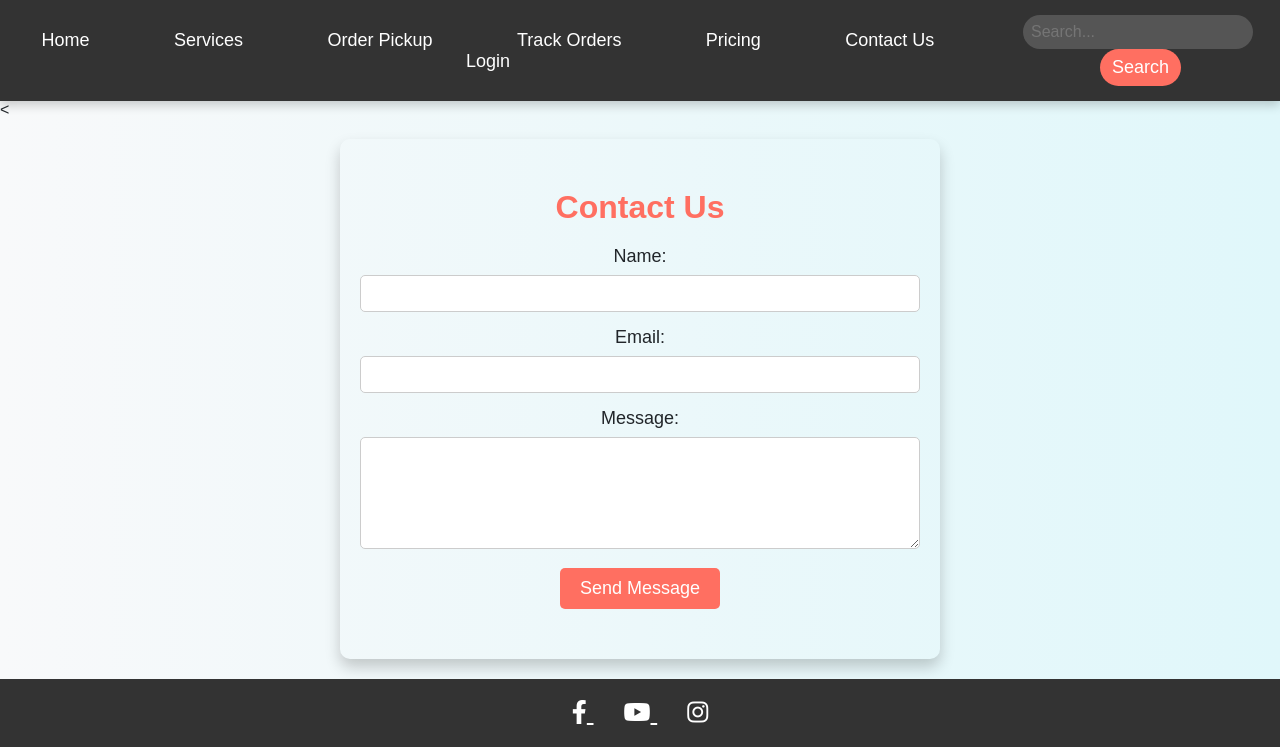
Repository: wmrmweerakoon/Online-Laundry-Management-System
Page: http://localhost/LaundryManagementSystem/contact.jsp
These files come from the project's save history. The page is drawn as it stood at one moment and after the next save; the edit follows.
The browser window is 1280 px wide. The pictures show the whole page.
The page is served by Tomcat 9. Other server files are loaded and not shown.

Above is the page before, as saved 2024-10-13 11:20:31.

### Projects/LaundryManagementSystem/src/main/webapp/contact.jsp
<!DOCTYPE html>
<html lang="en">
<head>
    <meta charset="UTF-8">
    <meta name="viewport" content="width=device-width, initial-scale=1.0">
    <title>Online Laundry Management System</title>
    <link rel="stylesheet" href="CSS/contact.css">
    <link rel="stylesheet" href="https://cdnjs.cloudflare.com/ajax/libs/font-awesome/6.0.0-beta3/css/all.min.css">

</head>
<body>
    <header>
        <nav>
            <ul>
                <li><a href="home.jsp">Home</a></li>
                <li><a href="services.jsp">Services</a></li>
                <li><a href="order.jsp">Order Pickup</a></li>
                <li><a href="track.jsp">Track Orders</a></li>
                <li><a href="pricing.jsp">Pricing</a></li>
                <li><a href="contact.jsp">Contact Us</a></li>
                <li><a href="Login.jsp">Login</a></li>
            </ul>
            <div class="search-container">
                <input type="text" id="search" placeholder="Search...">
                <button onclick="performSearch()">Search</button>
            </div>
        </nav>
    </header>
    </html>

    < <section class="contact-section">
        <h1>Contact Us</h1>
        <form id="contact-form" action="contactServlet" method="POST">
            <label for="name">Name:</label>
            <input type="text" id="name" name="name" required>

            <label for="email">Email:</label>
            <input type="email" id="email" name="email" required>

            <label for="message">Message:</label>
            <textarea id="message" name="message" rows="6" required></textarea>

            <button type="submit">Send Message</button>
        </form>

        <div>
            <%
                if (request.getAttribute("successMessage") != null) {
            %>
                <p style="color: green;"><%= request.getAttribute("successMessage") %></p>
            <%
                }
                if (request.getAttribute("errorMessage") != null) {
            %>
                <p style="color: red;"><%= request.getAttribute("errorMessage") %></p>
            <%
                }
            %>
        </div>
    </section>

    <!-- Social Media Footer -->
    <footer class="social-media">
        <a href="https://www.facebook.com" target="_blank" class="social-icon">
            <i class="fab fa-facebook-f"></i>
        </a>
        <a href="https://www.youtube.com" target="_blank" class="social-icon">
            <i class="fab fa-youtube"></i>
        </a>
        <a href="https://www.instagram.com" target="_blank" class="social-icon">
            <i class="fab fa-instagram"></i>
        </a>
    </footer>

    <script >

document.getElementById('contact-form').addEventListener('submit', function(event) {
    event.preventDefault(); // Prevent the default form submission

    const name = document.getElementById('name').value;
    const email = document.getElementById('email').value;
    const message = document.getElementById('message').value;

    if (!name || !email || !message) {
        alert('Please fill out all fields.');
        return;
    }

    if (!validateEmail(email)) {
        alert('Please enter a valid email address.');
        return;
    }

    alert('Your message has been sent successfully!');
    // Here you can add code to send the form data to a server or an email service.
});

function validateEmail(email) {
    const re = /^[^\s@]+@[^\s@]+\.[^\s@]+$/;
    return re.test(String(email).toLowerCase());
}

    </script>

### Projects/LaundryManagementSystem/src/main/webapp/CSS/contact.css

@charset "UTF-8";
/* Define CSS Variables for easy customization */
:root {
    --primary-color: #ff6f61; /* Coral Pink */
    --secondary-color: #ff9a76; /* Light Coral */
    --accent-color: #ffffff; /* White */
    --hover-color: #ff4824; /* Darker Coral */
    --menu-bg-color: #333; /* Darker gray for menu bar */
    --menu-hover-bg-color: #444; /* Slightly lighter gray for hover */
    --menu-text-color: #ffffff; /* White text for contrast */
    --search-bar-bg: #555; /* Medium dark background for search bar */
    --bg-gradient-start: #f8f9fa; /* Light Gradient Start */
    --bg-gradient-end: #e0f7fa;  /* Light Teal Gradient End */
    --text-primary: #212529; /* Darker text color */
    --button-hover-color: #ff4824; /* Deep Coral */
}

* {
    margin: 0;
    padding: 0;
    box-sizing: border-box;
}

body {
    font-family: 'Arial', sans-serif;
    background: linear-gradient(to right, var(--bg-gradient-start), var(--bg-gradient-end));
    color: var(--text-primary);
}

/* Darker Menu Bar */
header {
    background-color: var(--menu-bg-color);
    padding: 15px 0;
    box-shadow: 0 4px 10px rgba(0, 0, 0, 0.2);
}

nav {
    text-align: center;
    display: flex;
    justify-content: center;
    align-items: center;
    position: relative;
}

nav ul {
    list-style-type: none;
}

nav ul li {
    display: inline-block;
    margin: 0 20px;
    position: relative;
}

nav ul li a {
    color: var(--menu-text-color); /* White text on darker background */
    text-decoration: none;
    font-size: 18px;
    padding: 12px 20px;
    transition: background-color 0.3s ease, transform 0.2s ease;
    position: relative;
    border-radius: 8px;
}

nav ul li a:hover {
    background-color: var(--menu-hover-bg-color); /* Slightly lighter gray */
    transform: scale(1.05);
    box-shadow: 0 4px 10px rgba(0, 0, 0, 0.2);
}

nav ul li a::after {
    content: '';
    position: absolute;
    width: 0;
    height: 3px;
    background-color: var(--primary-color); /* Coral underline on hover */
    left: 0;
    bottom: 0;
    transition: width 0.3s ease;
}

nav ul li a:hover::after {
    width: 100%;
}

/* Search Bar */
.search-container {
    display: inline-block;
    vertical-align: middle;
    margin-left: 20px;
}

.search-container input {
    padding: 8px;
    font-size: 16px;
    border: none;
    border-radius: 20px;
    width: 230px;
    background-color: var(--search-bar-bg); /* Medium dark background for search */
    color: var(--accent-color); /* White text in search bar */
    outline: none;
    transition: all 0.3s ease;
}

.search-container input:focus {
    width: 270px;
    background-color: #666;
}

.search-container button {
    padding: 8px 12px;
    background-color: var(--primary-color);
    color: var(--accent-color);
    border: none;
    border-radius: 20px;
    cursor: pointer;
    margin-left: 5px;
}

.search-container button:hover {
    background-color: var(--hover-color);
    box-shadow: 0 4px 6px rgba(0, 0, 0, 0.2);
}

/* Home Section */
.home-section {
    text-align: center;
    padding: 100px 20px;
    background-color: transparent; /* Let the gradient background show */
}

h1 {
    font-size: 42px;
    color: var(--primary-color);
    margin-bottom: 20px;
}

p {
    font-size: 20px;
    color: var(--text-primary);
    margin-bottom: 30px;
}

button {
    padding: 10px 20px;
    font-size: 18px;
    background-color: var(--primary-color);
    color: var(--accent-color);
    border: none;
    cursor: pointer;
    border-radius: 20px;
    transition: background-color 0.3s ease, transform 0.3s ease;
}

button:hover {
    background-color: var(--button-hover-color);
    transform: scale(1.05);
}
/* Slider Styling */
.slider {
    width: 90%;
    max-width: 900px;
    margin: 40px auto;
    position: relative;
    overflow: hidden;
    border-radius: 15px;
    box-shadow: 0 8px 15px rgba(0, 0, 0, 0.3);
}

.slider-img {
    width: 110%;
    height: 250px; /* Reduced height */
    object-fit: cover;
    border-radius: 15px;
    transition: transform 0.3s ease-in-out;
    transform: translateX(-5%);
}

.slider-img:hover {
    transform: scale(1.05) translateX(-5%);
}



/* New Information Section Styling */
.info-section {
    text-align: center;
    padding: 50px 20px;
    background-color: var(--bg-gradient-start); /* Light background to complement the page */
    color: var(--text-primary);
}

.info-section h2 {
    font-size: 32px;
    color: var(--primary-color);
    margin-bottom: 20px;
}

.info-section p {
    font-size: 18px;
    margin-bottom: 20px;
}

.info-section ul {
    list-style-type: none;
    padding: 0;
}

.info-section ul li {
    font-size: 18px;
    padding: 10px 0;
}
/* Image Row Styling */
.image-row {
    display: flex;
    justify-content: center;
    align-items: center;
    gap: 20px; /* Space between images */
    margin: 40px 0;
}

.image-small {
    width: 200px;
    height: auto; /* Maintain aspect ratio */
    border-radius: 10px;
    box-shadow: 0 4px 10px rgba(0, 0, 0, 0.2);
    transition: transform 0.3s ease, box-shadow 0.3s ease;
}

.image-small:hover {
    transform: scale(1.05);
    box-shadow: 0 8px 16px rgba(0, 0, 0, 0.3);
}
/* Social Media Links Styling */
/* Social Media Icons */
.social-media {
    text-align: center;
    padding: 20px 0;
    background-color: var(--menu-bg-color); /* Match the menu bar color */
}

.social-media a {
    color: var(--accent-color);
    font-size: 24px;
    margin: 0 15px;
    transition: color 0.3s ease;
}

.social-media a:hover {
    color: var(--primary-color);
}

.social-icon img {
    width: 24px;
    height: 24px;
    transition: transform 0.3s ease;
}

.social-icon img:hover {
    transform: scale(1.1);
}
.contact-section {
    text-align: center;
    padding: 50px 20px;
    background-color: var(--form-bg-color);
    margin: 20px auto;
    max-width: 600px; /* Reduced width */
    border-radius: 10px;
    box-shadow: 0 8px 15px rgba(0, 0, 0, 0.2);
}

.contact-section h1 {
    font-size: 32px;
    color: var(--primary-color);
    margin-bottom: 20px;
}

.contact-section label {
    display: block;
    font-size: 18px;
    margin-bottom: 8px;
}

.contact-section input,
.contact-section textarea {
    width: 100%;
    padding: 10px;
    border-radius: 5px;
    border: 1px solid #ccc;
    margin-bottom: 15px;
}

.contact-section textarea {
    resize: vertical;
}

.contact-section button {
    padding: 10px 20px;
    font-size: 18px;
    background-color: var(--primary-color);
    color: var(--accent-color);
    border: none;
    border-radius: 5px;
    cursor: pointer;
    transition: background-color 0.3s ease;
}

.contact-section button:hover {
    background-color: var(--hover-color);
}

After the next save:
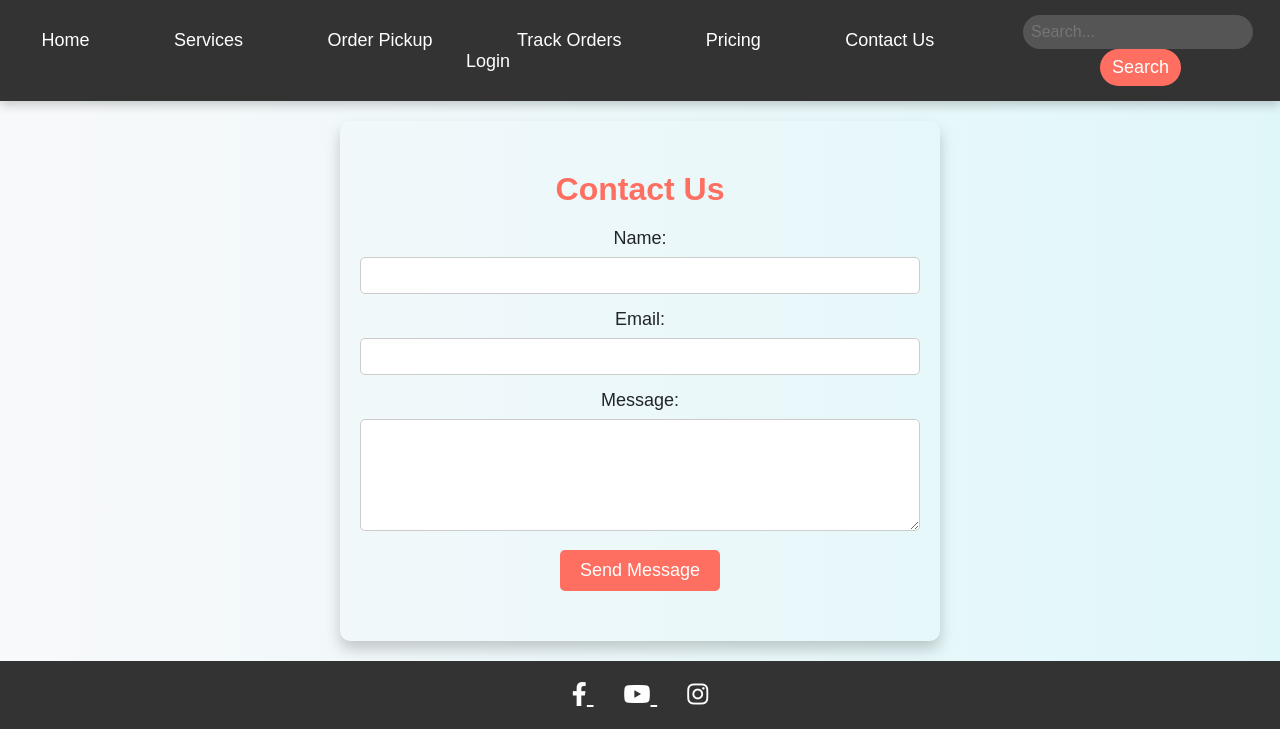
Saved 80 s later.
--- a/Projects/LaundryManagementSystem/src/main/webapp/contact.jsp
+++ b/Projects/LaundryManagementSystem/src/main/webapp/contact.jsp
@@ -28,7 +28,7 @@
     </header>
     </html>
 
-    < <section class="contact-section">
+   <section class="contact-section">
         <h1>Contact Us</h1>
         <form id="contact-form" action="contactServlet" method="POST">
             <label for="name">Name:</label>
@@ -59,7 +59,6 @@
         </div>
     </section>
 
-    <!-- Social Media Footer -->
     <footer class="social-media">
         <a href="https://www.facebook.com" target="_blank" class="social-icon">
             <i class="fab fa-facebook-f"></i>
@@ -71,33 +70,5 @@
             <i class="fab fa-instagram"></i>
         </a>
     </footer>
-
-    <script >
-
-document.getElementById('contact-form').addEventListener('submit', function(event) {
-    event.preventDefault(); // Prevent the default form submission
-
-    const name = document.getElementById('name').value;
-    const email = document.getElementById('email').value;
-    const message = document.getElementById('message').value;
-
-    if (!name || !email || !message) {
-        alert('Please fill out all fields.');
-        return;
-    }
-
-    if (!validateEmail(email)) {
-        alert('Please enter a valid email address.');
-        return;
-    }
-
-    alert('Your message has been sent successfully!');
-    // Here you can add code to send the form data to a server or an email service.
-});
-
-function validateEmail(email) {
-    const re = /^[^\s@]+@[^\s@]+\.[^\s@]+$/;
-    return re.test(String(email).toLowerCase());
-}
-
-    </script>
+</body>
+</html>
